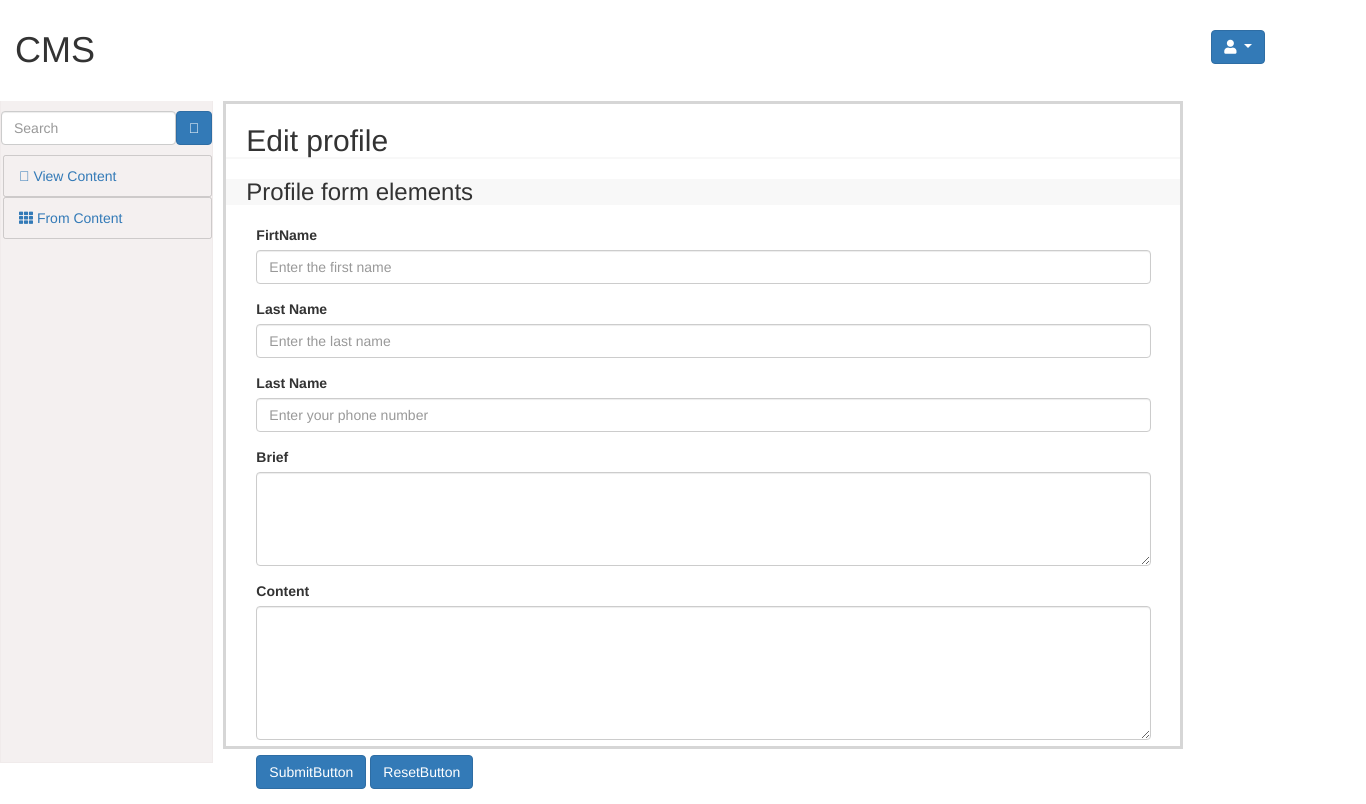
Repository: NgocNB20/travel
Page: NgocNb20_assigment8_9/edit.html
An editor plug-in stored every save of this project. The page is shown before and after the next save, followed by the edit.
The browser window is 1280 px wide. The page is 1366 px wide, so the pictures cover 1366 px, including what lies to the right of the window. The pictures show the whole page.
Some web libraries are served in a nearby version.

Above is the page before, as saved 2021-10-06 00:54:59.

After the next save:
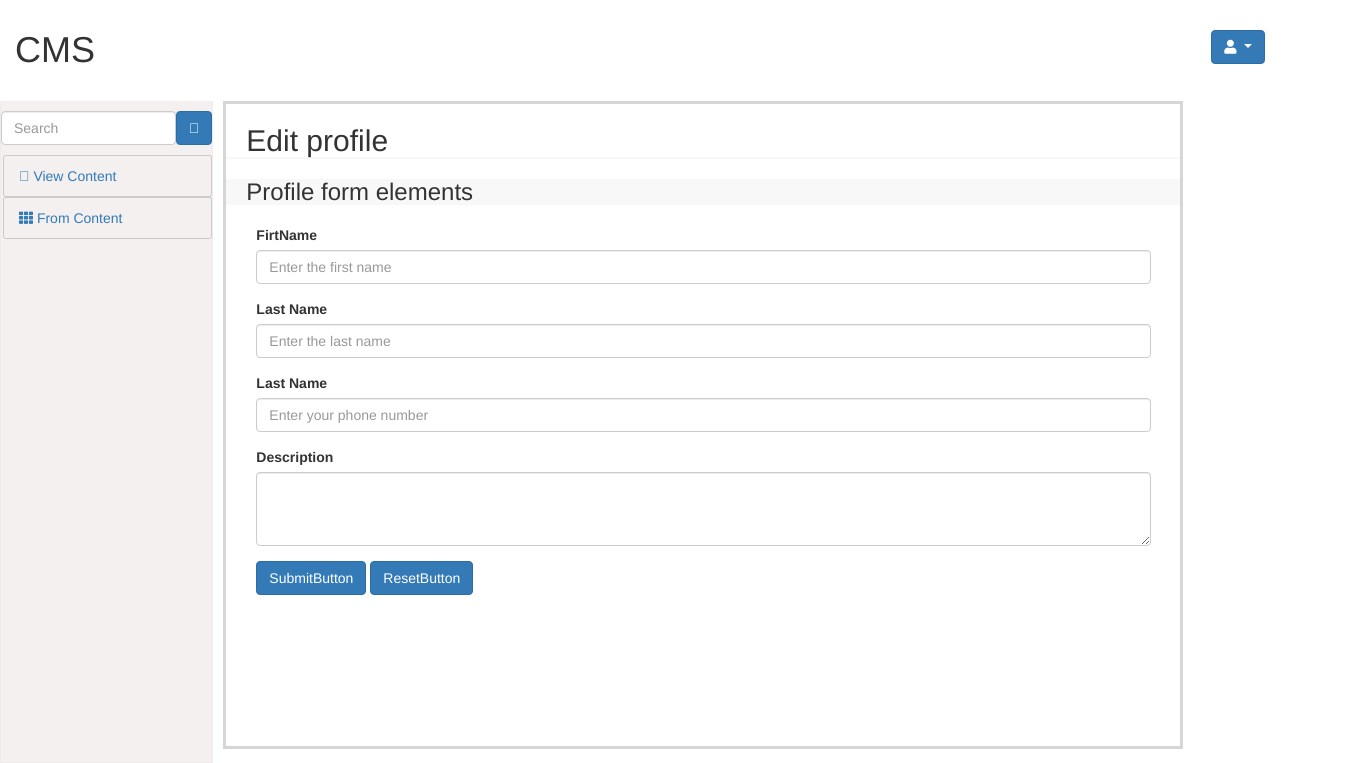
Saved 54 s later.
--- a/NgocNb20_assigment8_9/edit.html
+++ b/NgocNb20_assigment8_9/edit.html
@@ -92,12 +92,8 @@
                       placeholder="Enter your phone number">
                   </div>
                   <div class="form-group">
-                    <label for="exampleFormControlTextarea1" class="form-desc">Brief</label>
-                    <textarea class="form-control" id="exampleFormControlTextarea1" rows="4"></textarea>
-                  </div>
-                  <div class="form-group">
-                    <label for="exampleFormControlTextarea1" class="form-desc">Content</label>
-                    <textarea class="form-control" id="exampleFormControlTextarea1" rows="6"></textarea>
+                    <label for="exampleFormControlTextarea1" class="form-desc">Description</label>
+                    <textarea class="form-control" id="exampleFormControlTextarea1" rows="3"></textarea>
                   </div>
                   <div class="form-group">
                     <input class="btn btn-primary" type="submit" value="SubmitButton">
